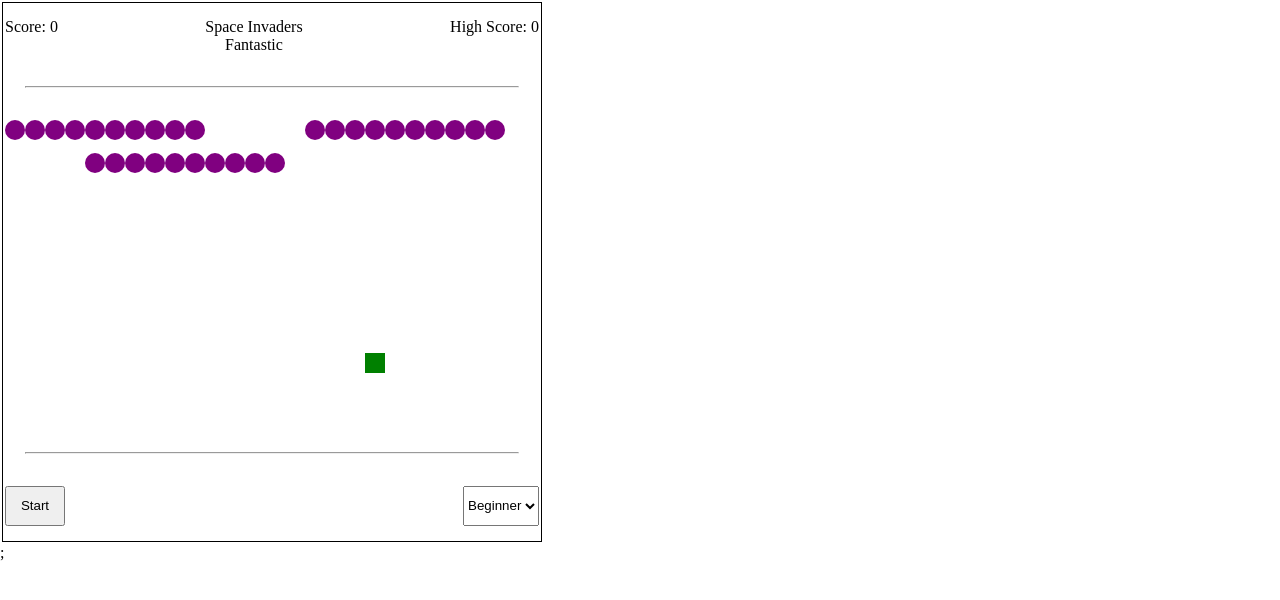
Repository: baziz22/Vanilla_JS_Projects
Page: space invaders/index.html
These files come from the project's save history. The page is drawn as it stood at one moment and after the next save; the edit follows.
The browser window is 1280 px wide. The pictures show the whole page.

Above is the page before, as saved 2022-02-20 01:47:51.

### space invaders/index.html
<!DOCTYPE html>
<html lang="en">
  <head>
    <meta charset="UTF-8" />
    <meta http-equiv="X-UA-Compatible" content="IE=edge" />
    <meta name="viewport" content="width=device-width, initial-scale=1.0" />
    <link rel="stylesheet" href="style.css" />
    <title>Space Invaders</title>
  </head>
  <body>
    <div id="scene">
      <div id="scene-header">
        <div>Score: <span id="score">0</span></div>
        <div id="scene-messages">
          <div id="game-title">Space Invaders</div>
          <div id="messages">Fantastic</div>
        </div>

        <div>High Score: <span id="high-score">0</span></div>
      </div>
      <hr />
      <div id="scene-body">
        <div class="grid"></div>
      </div>
      <hr />
      <div id="scene-footer">
        <button id="start-btn">Start</button>
        <select id="level" title="levels">
          <option value="beginner">Beginner</option>
          <option value="medium">Medium</option>
          <option value="hard">Hard</option>
        </select>
      </div>
    </div>
    ;

    <script src="script.js"></script>
  </body>
</html>

### space invaders/style.css
* {
  padding: 0;
  margin: 0;
  box-sizing: border-box;
}
#scene {
  max-width: 75vh;
  min-height: 75vh;
  padding: 2px;
  margin: 2px;
  border: 1px solid black;
  display: flex;
  flex-direction: column;
  justify-content: space-around;
}
#scene-header {
  display: flex;
  justify-content: space-between;
}
#scene-messages {
  display: flex;
  flex-direction: column;
  justify-items: center;
  text-align: center;
  align-items: center;
}

#scene-body {
}
#scene-footer {
  display: flex;
  justify-content: space-between;
}

#start-btn {
  width: 60px;
  height: 40px;
}

hr {
  margin: 5px 20px;
}

.grid {
  width: 3px00;
  height: 300px;

  display: flex;
  flex-wrap: wrap;
}
.grid div {
  width: 20px;
  height: 20px;
}
.invader {
  background-color: purple;
  border-radius: 10px;
}
.shooter {
  background-color: green;
}

### space invaders/script.js
const grid = document.querySelector('.grid');
let currentShooterIndex = 200;
let width = 15;

for (let i = 0; i < 225; i++) {
  const square = document.createElement('div');
  grid.appendChild(square);
}
const squares = Array.from(document.querySelectorAll('.grid div'));

const alienInvaders = [
  0, 1, 2, 3, 4, 5, 6, 7, 8, 9, 15, 16, 17, 18, 19, 20, 21, 22, 23, 24, 30, 31,
  32, 33, 34, 35, 36, 37, 38, 39,
];
function draw() {
  for (let i = 0; i < alienInvaders.length; i++) {
    squares[alienInvaders[i]].classList.add('invader');
  }
}
draw();
squares[currentShooterIndex].classList.add('shooter');

function moveShooter(e) {
  squares[currentShooterIndex].classList.remove('shooter');
  switch (e.key) {
    case 'ArrowLeft':
      if (currentShooterIndex % width !== 0) currentShooterIndex -= 1;
      break;
    case 'ArrowRight':
      if (currentShooterIndex % width < width - 1) currentShooterIndex += 1;
      break;
  }
  // redraw the shooter in its new position
  squares[currentShooterIndex].classList.add('shooter');
}
document.addEventListener('keydown', moveShooter);

After the next save:
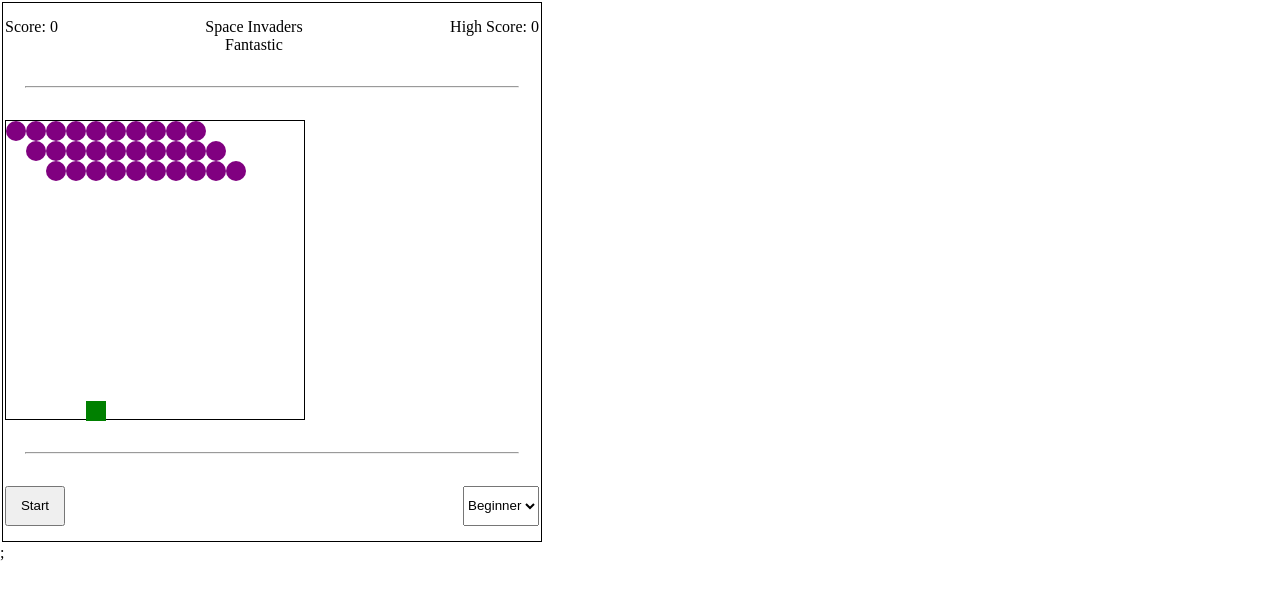
Saved 39 s later.
--- a/space invaders/style.css
+++ b/space invaders/style.css
@@ -42,9 +42,9 @@ hr {
 }
 
 .grid {
-  width: 3px00;
+  width: 300px;
   height: 300px;
-
+  border: 1px solid black;
   display: flex;
   flex-wrap: wrap;
 }
